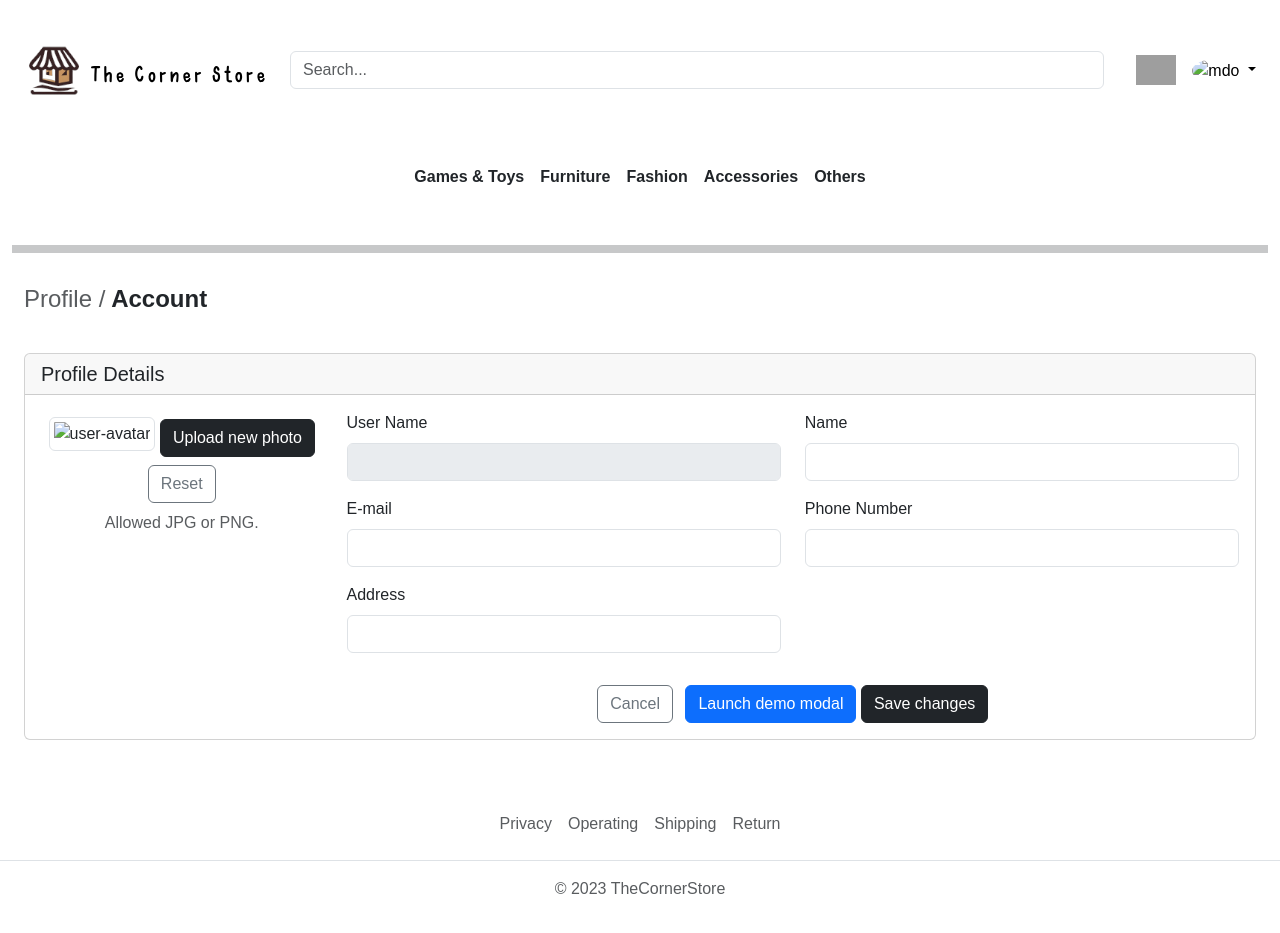
Repository: mintdunno/ass2-fullStack
Page: views/customer-profile.ejs
An editor plug-in stored every save of this project. The page is shown before and after the next save, followed by the edit.
The browser window is 1280 px wide. The pictures show the whole page.
Pictures or frames that could not be fetched are drawn as grey boxes. Some web fonts or font styles are not loaded; a fallback is used. The page is served by the project's Node server (index.js). The template is opened directly, without the code that normally fills it, so the values that code supplies are empty.

Above is the page before, as saved 2023-09-24 10:19:21.
Not found: css/header.css

After the next save:
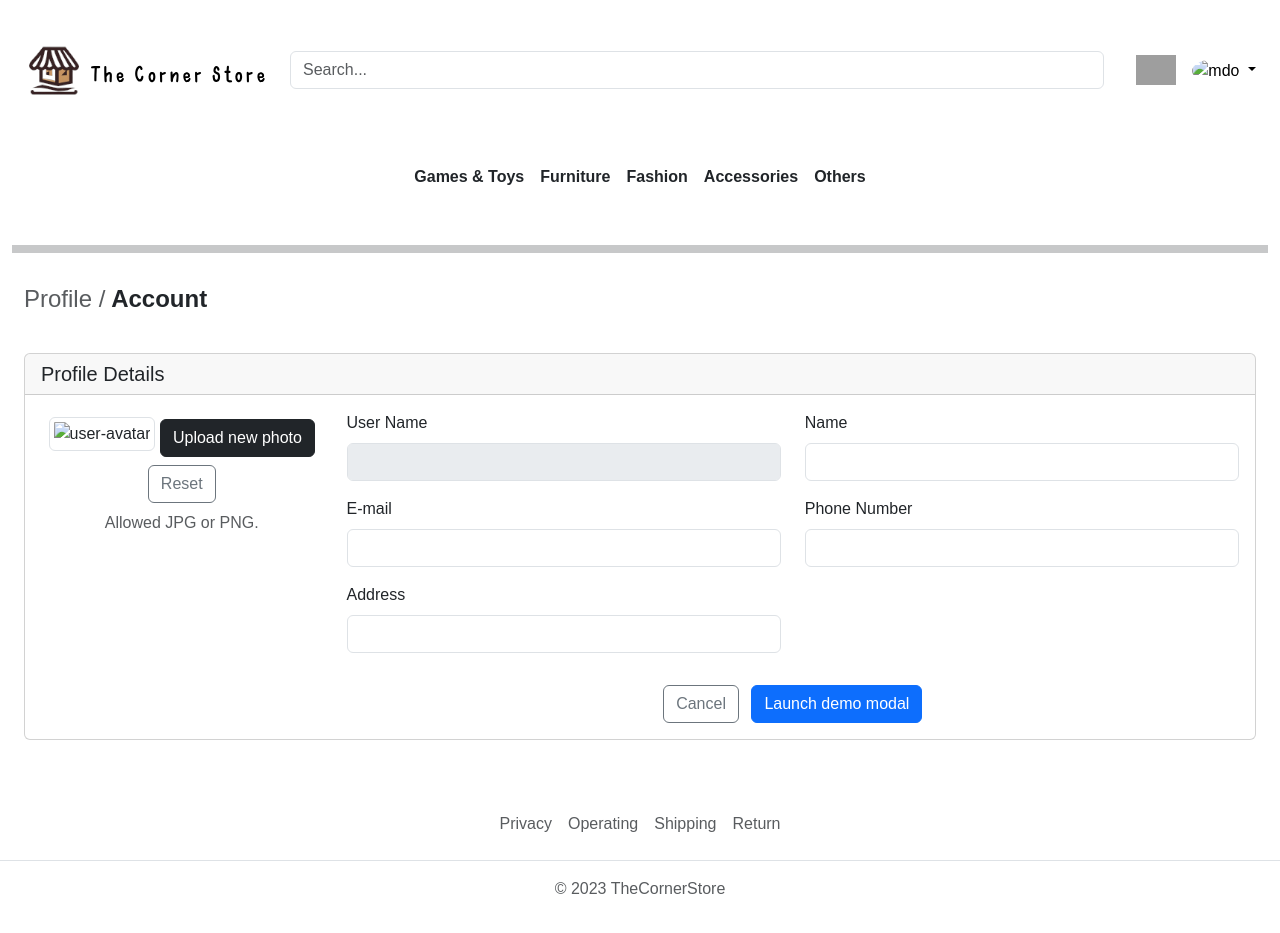
Saved 25 s later.
--- a/views/customer-profile.ejs
+++ b/views/customer-profile.ejs
@@ -91,7 +91,6 @@
                                             </div>
                                         </div>
                                     </div>
-                                    <button type="submit" class="btn btn-dark">Save changes</button>
                                 </div>
                                 </form>
                             </div>
